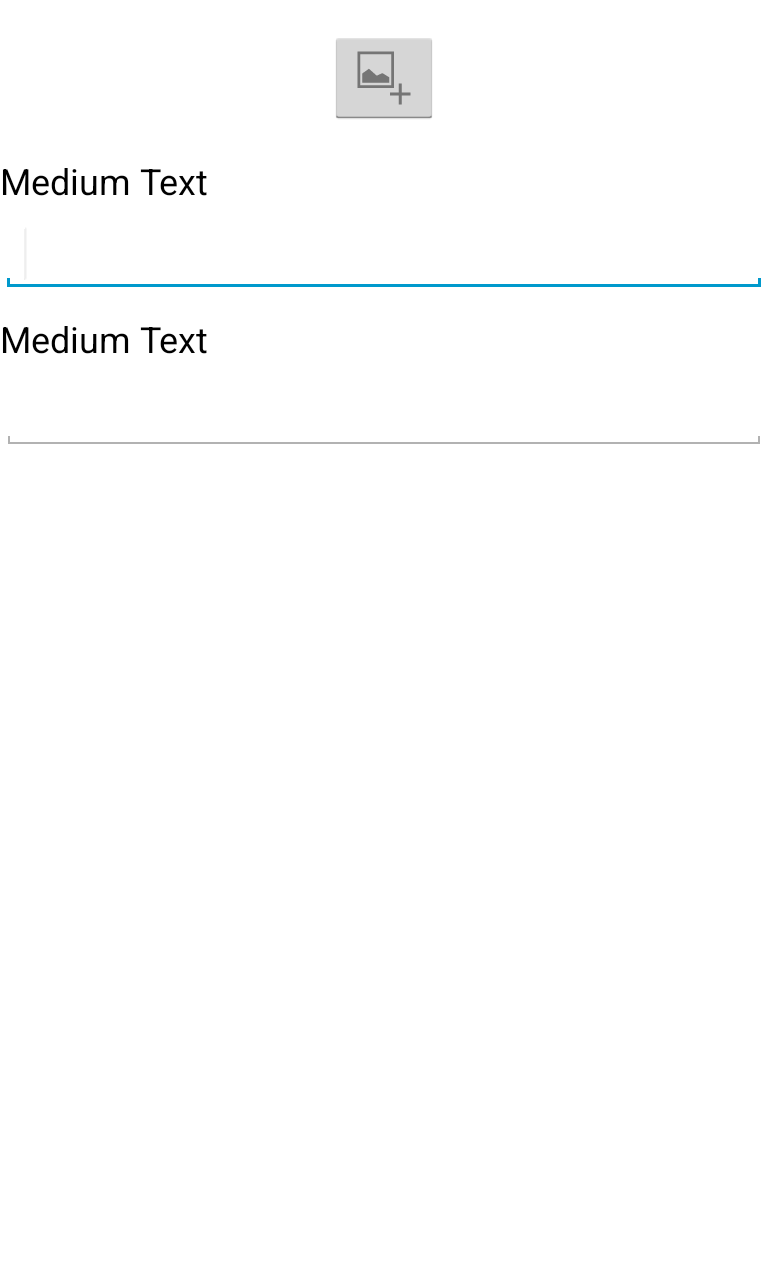
Repository: laurenelder/MDF3
Layout: Week 4/PhotoLocationApp/res/layout/activity_form.xml
The author's editor kept a copy of each file at every save. The layout is drawn from the files as they stood at one save, then again after the next save.
It is drawn on a 768 x 1280 px phone screen (xhdpi) without system bars, with theme AppTheme; the app's code is not run.

Above is the layout before, as saved 2014-09-22 23:47:11.

After the next save:
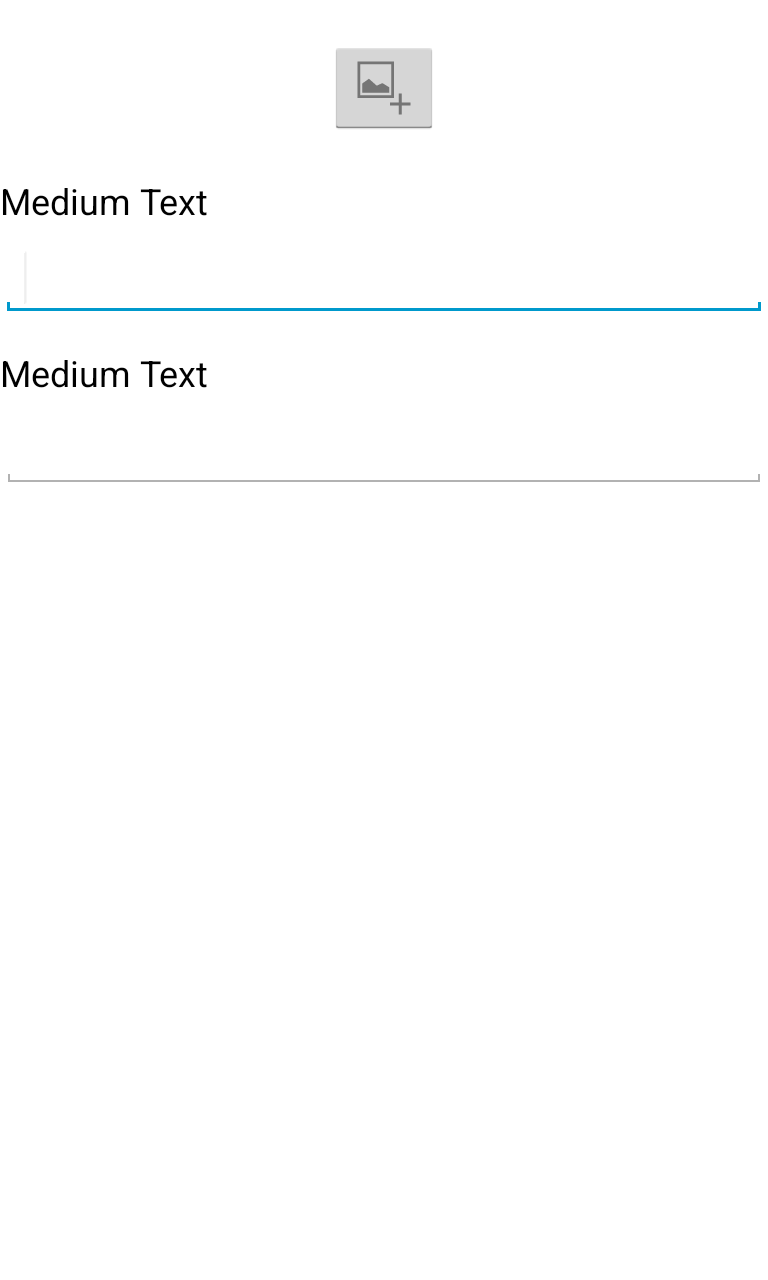
Saved 46 s later.
--- a/Week 4/PhotoLocationApp/res/layout/activity_form.xml
+++ b/Week 4/PhotoLocationApp/res/layout/activity_form.xml
@@ -9,14 +9,14 @@
         android:layout_width="wrap_content"
         android:layout_height="wrap_content"
         android:layout_gravity="center"
-        android:layout_marginTop="15dp"
+        android:layout_marginTop="20dp"
         android:src="@drawable/ic_action_new_picture" />
 
     <TextView
         android:id="@+id/textView1"
         android:layout_width="wrap_content"
         android:layout_height="wrap_content"
-        android:layout_marginTop="15dp"
+        android:layout_marginTop="20dp"
         android:text="Medium Text"
         android:textAppearance="?android:attr/textAppearanceMedium" />
 
@@ -24,7 +24,7 @@
         android:id="@+id/editText1"
         android:layout_width="match_parent"
         android:layout_height="wrap_content"
-        android:layout_marginTop="5dp"
+        android:layout_marginTop="7dp"
         android:ems="10" >
 
         <requestFocus />
@@ -34,7 +34,7 @@
         android:id="@+id/textView2"
         android:layout_width="wrap_content"
         android:layout_height="wrap_content"
-        android:layout_marginTop="10dp"
+        android:layout_marginTop="15dp"
         android:text="Medium Text"
         android:textAppearance="?android:attr/textAppearanceMedium" />
 
@@ -42,7 +42,7 @@
         android:id="@+id/editText2"
         android:layout_width="match_parent"
         android:layout_height="wrap_content"
-        android:layout_marginTop="5dp"
+        android:layout_marginTop="7dp"
         android:ems="10" />
 
 </LinearLayout>
